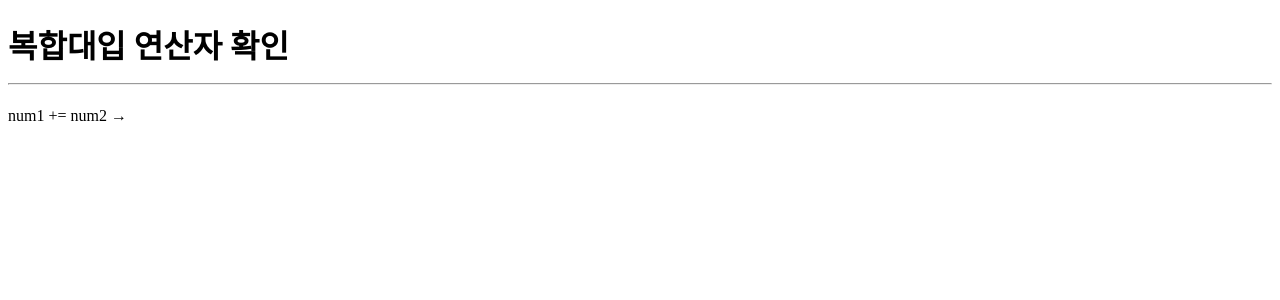
Repository: lolsoyeon/WebStudy
Page: WebApp03/WebContent/Test008.html
The author's editor kept a copy of each file at every save. The page is drawn from the files as they stood at one save, then again after the next save.
The browser window is 1280 px wide. The pictures show the whole page.

Above is the page before, as saved 2022-09-28 08:21:50.
Console error: ReferenceError: docuemnt is not defined

### WebApp03/WebContent/Test008.html
<!DOCTYPE html>
<html>
<head>
<meta charset="UTF-8">
<title>Test008.html</title>

<script type="text/javascript">

	document.write("<div><h1>복합대입 연산자 확인</h><hr></div>");

	num1 = 7;
	num2 = 3;

	num1 += num2;
	document.write("num1 += num2 → ");
	docuemnt.write(num1);

	num1 = 7;
	num2 = 3;
	document.write("<br>num1 -= num2 → ");
	document.write(num1);

	num1 = 7;
	num2 = 3;

	num1 *= num2;
	document.write("<br>num1 *= num2 →");
	document.write(num1);


	num1 = 7;
	num2 = 3;

	num1 /= num2;
	document.write("<br>num1 /= num2 →");
	document.write();

	num1 = 7;
	num2 = 3;

	num1 %= num2;
	document.write("<br>num1 %= num2 →");
	document.write();


</script>

</head>
<body>

</body>
</html>

After the next save:
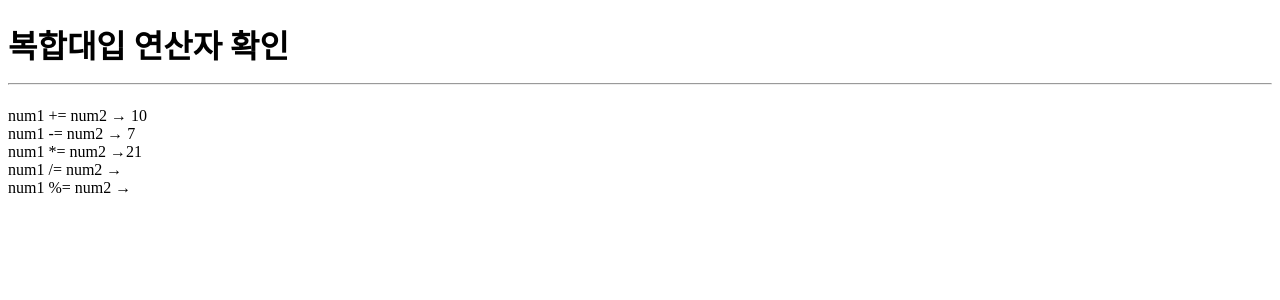
The error is gone.
Saved 44 s later.
--- a/WebApp03/WebContent/Test008.html
+++ b/WebApp03/WebContent/Test008.html
@@ -13,7 +13,7 @@
 
 	num1 += num2;
 	document.write("num1 += num2 → ");
-	docuemnt.write(num1);
+	document.write(num1);
 
 	num1 = 7;
 	num2 = 3;
@@ -45,6 +45,7 @@
 
 </script>
 
+
 </head>
 <body>
 
